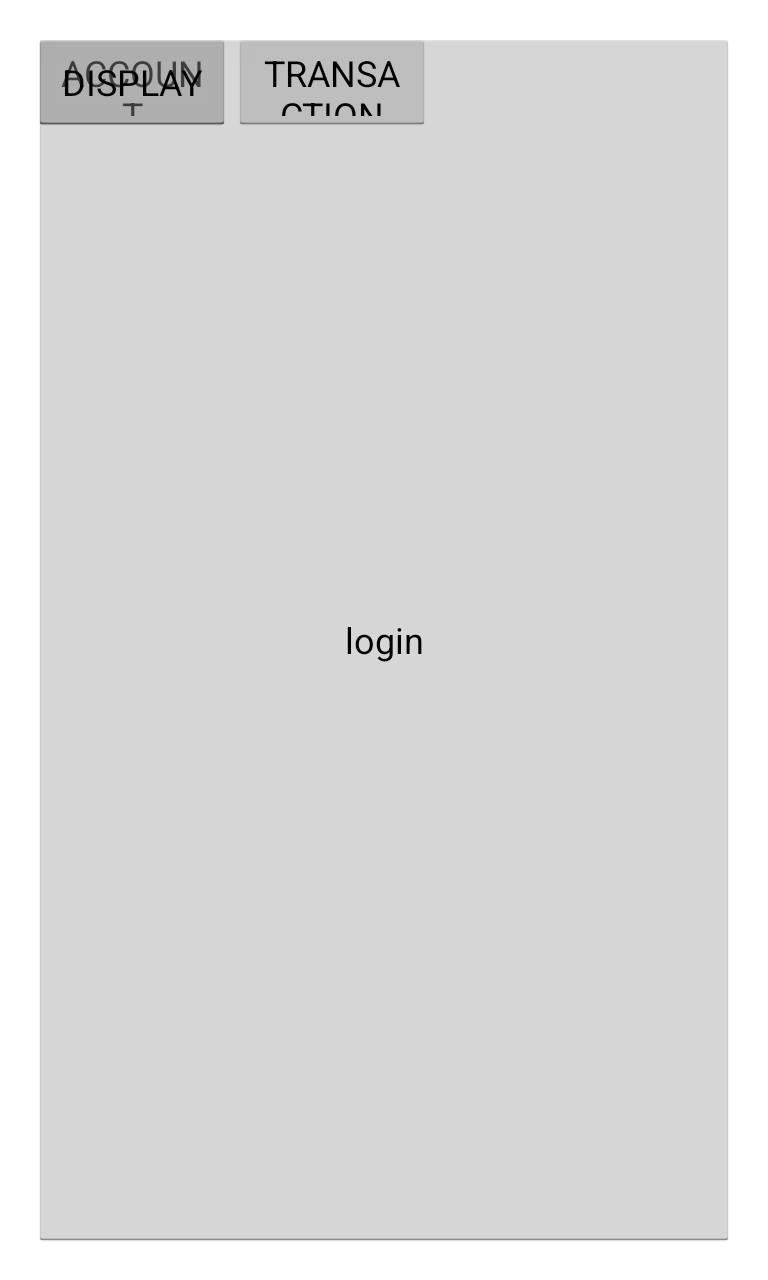
Repository: arjuntheprogrammer/iact
Layout: iact/iact android practice/mywork/tabhost/res/layout/activity_main.xml
These files come from the project's save history. The layout is drawn as it stood at one moment and after the next save; the edit follows.
It is drawn on a 768 x 1280 px phone screen (xhdpi) without system bars, with theme AppTheme; the app's code is not run.

Above is the layout before, as saved 2016-01-05 10:54:02.

### iact/iact android practice/mywork/tabhost/res/layout/activity_main.xml
<RelativeLayout xmlns:android="http://schemas.android.com/apk/res/android"
    xmlns:tools="http://schemas.android.com/tools"
    android:layout_width="match_parent"
    android:layout_height="match_parent"
    android:paddingBottom="@dimen/activity_vertical_margin"
    android:paddingLeft="@dimen/activity_horizontal_margin"
    android:paddingRight="@dimen/activity_horizontal_margin"
    android:paddingTop="@dimen/activity_vertical_margin"
    tools:context=".MainActivity" >

    <TabHost
        android:id="@android:id/tabhost"
        android:layout_width="match_parent"
        android:layout_height="match_parent"
        android:layout_alignParentLeft="true"
        android:layout_alignParentTop="true" >

        <LinearLayout
            android:layout_width="match_parent"
            android:layout_height="match_parent"
            android:orientation="vertical" >

            <TabWidget
                android:id="@android:id/tabs"
                android:layout_width="match_parent"
                android:layout_height="wrap_content" >
            </TabWidget>

            <FrameLayout
                android:id="@android:id/tabcontent"
                android:layout_width="match_parent"
                android:layout_height="match_parent" >

                <LinearLayout
                    android:id="@+id/tab1"
                    android:layout_width="match_parent"
                    android:layout_height="match_parent" >
                <Button
                    android:text="login"
                    android:id="@+id/b1"
                    android:layout_width="match_parent"
                    android:layout_height="match_parent"
                    />
                 <Button

                    android:text="signup"
                    android:id="@+id/b2"
                    android:layout_width="match_parent"
                    android:layout_height="match_parent"
                    />
                  <Button

                    android:text="delete"
                    android:id="@+id/b3"
                    android:layout_width="match_parent"
                    android:layout_height="match_parent"
                    />
                </LinearLayout>

                <LinearLayout
                    android:id="@+id/tab2"
                    android:layout_width="match_parent"
                    android:layout_height="match_parent" >
                <Button
                    android:id="@+id/b4"
                    android:text="ACCOUNT"
                    android:layout_width="100dp"
                    android:layout_height="50dp"
                    />
                <Button
                    android:id="@+id/b5"
                    android:text="TRANSACTION"
                    android:layout_width="100dp"
                    android:layout_height="50dp"
                    />


                </LinearLayout>

                <LinearLayout
                    android:id="@+id/tab3"
                    android:layout_width="match_parent"
                    android:layout_height="match_parent" >
                 <Button
                    android:id="@+id/b6"
                    android:text="DISPLAY"
                    android:layout_width="100dp"
                    android:layout_height="50dp"
                    />
                </LinearLayout>
            </FrameLayout>
        </LinearLayout>
    </TabHost>

</RelativeLayout>

Loaded but not shown: iact/iact android practice/mywork/tabhost/res/values/styles.xml (common file); iact/iact android practice/mywork/tabhost/res/values-v11/styles.xml (common file); iact/iact android practice/mywork/tabhost/res/values-v14/styles.xml (common file); iact/iact android practice/mywork/tabhost/res/values/dimens.xml (common file)

After the next save:
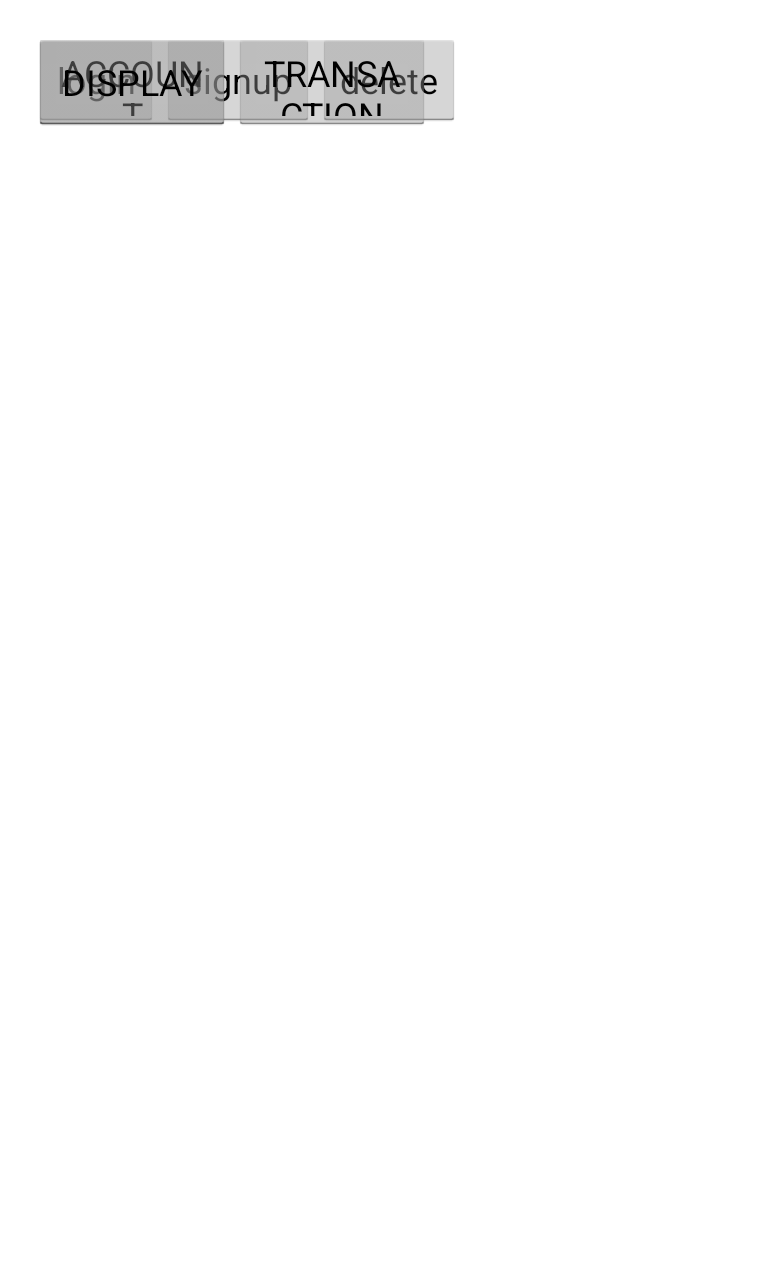
Saved 105 s later.
--- a/iact/iact android practice/mywork/tabhost/res/layout/activity_main.xml
+++ b/iact/iact android practice/mywork/tabhost/res/layout/activity_main.xml
@@ -35,26 +35,24 @@
                     android:id="@+id/tab1"
                     android:layout_width="match_parent"
                     android:layout_height="match_parent" >
-                <Button
-                    android:text="login"
-                    android:id="@+id/b1"
-                    android:layout_width="match_parent"
-                    android:layout_height="match_parent"
-                    />
-                 <Button
 
-                    android:text="signup"
-                    android:id="@+id/b2"
-                    android:layout_width="match_parent"
-                    android:layout_height="match_parent"
-                    />
-                  <Button
+                    <Button
+                        android:id="@+id/b1"
+                        android:layout_width="wrap_content"
+                        android:layout_height="wrap_content"
+                        android:text="login" />
 
-                    android:text="delete"
-                    android:id="@+id/b3"
-                    android:layout_width="match_parent"
-                    android:layout_height="match_parent"
-                    />
+                    <Button
+                        android:id="@+id/b2"
+                        android:layout_width="wrap_content"
+                        android:layout_height="wrap_content"
+                        android:text="signup" />
+
+                    <Button
+                        android:id="@+id/b3"
+                        android:layout_width="wrap_content"
+                        android:layout_height="wrap_content"
+                        android:text="delete" />
                 </LinearLayout>
 
                 <LinearLayout
